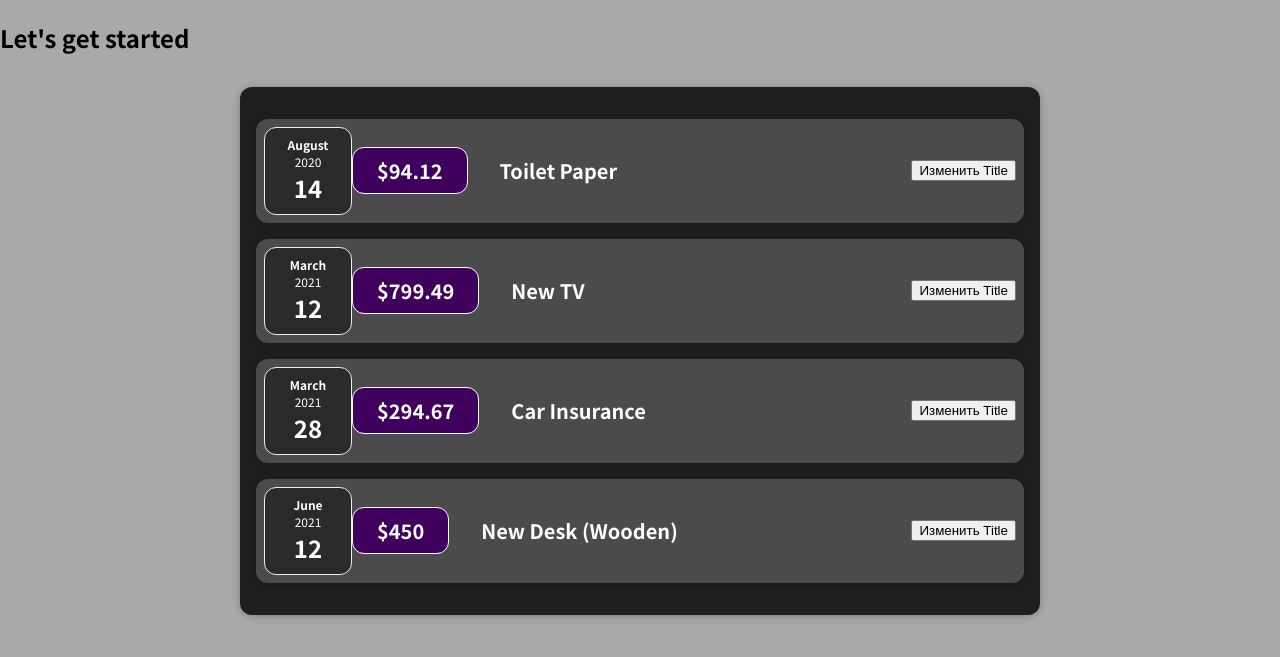
Repository: otvertka/MSC
Page: /
The author's editor kept a copy of each file at every save. The page is drawn from the files as they stood at one save, then again after the next save.
The browser window is 1280 px wide. The pictures show the whole page.
The project was rebuilt for these pictures with package versions that can differ from the ones it lists, and the page was loaded fresh each time. Also part of the build but not shown: src/App.js.

Above is the page before, as saved 2023-06-20 13:22:36.

### src/index.css
@import url("https://fonts.googleapis.com/css2?family=Noto+Sans+JP:wght@400;700&display=swap");

* {
  box-sizing: border-box;
}

html {
  font-family: "Noto Sans JP", sans-serif;
}

body {
  margin: 0;
  background-color: #aaa9a9;
}

### src/components/Expenses/Expenses.js
import React from "react";
import ExpenseItem from "./ExpenseItem";

import "./Expenses.css";
import Card from "../UI/Card";

const Expenses = (props) => {
  return (
    <Card className="expenses">
      <ExpenseItem
        title={props.items[0].title}
        amount={props.items[0].amount}
        date={props.items[0].date}
      />
      <ExpenseItem
        title={props.items[1].title}
        amount={props.items[1].amount}
        date={props.items[1].date}
      />
      <ExpenseItem
        title={props.items[2].title}
        amount={props.items[2].amount}
        date={props.items[2].date}
      />
      <ExpenseItem
        title={props.items[3].title}
        amount={props.items[3].amount}
        date={props.items[3].date}
      />
    </Card>
  );
};

export default Expenses;

### src/components/Expenses/ExpenseItem.js
import React from "react";
import Card from "../UI/Card";
import ExpenseDate from "./ExpenseDate";
import "./ExpenseItem.css";

const ExpenseItem = (props) => {
  let title = props.title;
  const clickHandler = () => {
    title = "Updated";
    console.log(title);
  };
  return (
    //
    <Card className="expense-item">
      <ExpenseDate date={props.date} />
      <div className="expense-item__description">
        <div className="expense-item__price">${props.amount}</div>
        <h2>{props.title}</h2>
        <button onClick={clickHandler}>Изменить Title</button>
      </div>
    </Card>
  );
};

export default ExpenseItem;

### src/components/Expenses/ExpenseItem.css
.expense-item {
  display: flex;
  justify-content: space-between;
  align-items: center;
  padding: 0.5rem;
  margin: 1rem 0;
  background-color: #4b4b4b;
}

.expense-item__description {
  display: flex;
  flex-direction: column;
  gap: 1rem;
  align-items: flex-end;
  flex-flow: column-reverse;
  justify-content: flex-start;
  flex: 1;
}

.expense-item h2 {
  color: #3a3a3a;
  font-size: 1rem;
  flex: 1;
  margin: 0 1rem;
  color: white;
}

.expense-item__price {
  font-size: 1rem;
  font-weight: bold;
  color: white;
  background-color: #40005d;
  border: 1px solid white;
  padding: 0.5rem;
  border-radius: 12px;
}

@media (min-width: 580px) {
  .expense-item__description {
    flex-direction: row;
    align-items: center;
    justify-content: flex-start;
    flex: 1;
  }

  .expense-item__description h2 {
    font-size: 1.25rem;
  }

  .expense-item__price {
    font-size: 1.25rem;
    padding: 0.5rem 1.5rem;
  }
}

Loaded but not shown: public/index.html (common file); src/index.js (common file); src/components/Expenses/Expenses.css (common file); src/components/UI/Card.js (common file); src/components/Expenses/ExpenseDate.js (common file); src/components/UI/Card.css (common file); src/components/Expenses/ExpenseDate.css (common file)

After the next save:
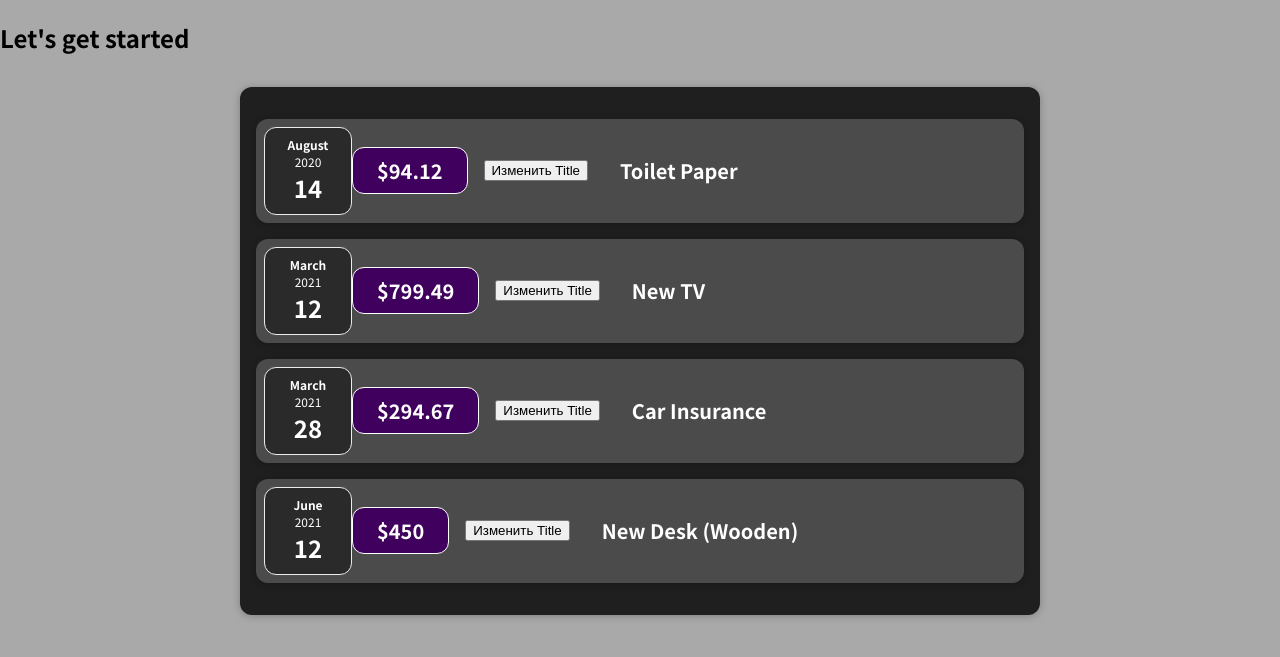
Saved 10 s later.
--- a/src/components/Expenses/ExpenseItem.js
+++ b/src/components/Expenses/ExpenseItem.js
@@ -15,8 +15,8 @@ const ExpenseItem = (props) => {
       <ExpenseDate date={props.date} />
       <div className="expense-item__description">
         <div className="expense-item__price">${props.amount}</div>
+        <button onClick={clickHandler}>Изменить Title</button>
         <h2>{props.title}</h2>
-        <button onClick={clickHandler}>Изменить Title</button>
       </div>
     </Card>
   );
